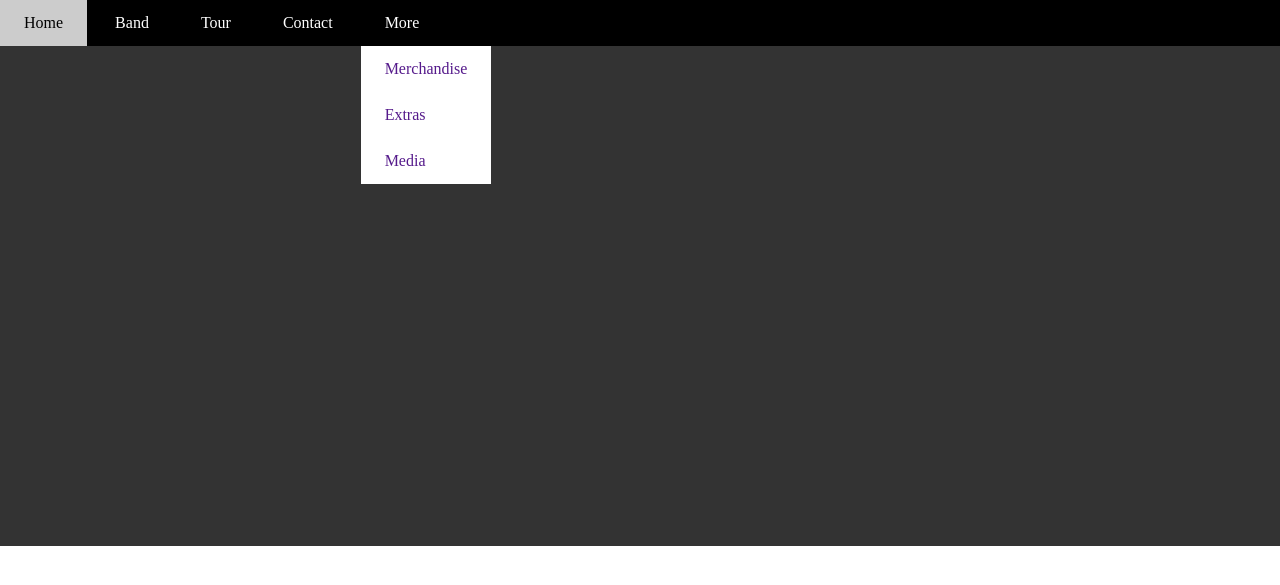
Repository: quochung2k3/Web-Team
Page: index.html
The author's editor kept a copy of each file at every save. The page is drawn from the files as they stood at one save, then again after the next save.
The browser window is 1280 px wide. The pictures show the whole page.

Above is the page before, as saved 2023-08-03 21:54:57.

### index.html
<!DOCTYPE html>
<html lang="en">
<head>
    <meta charset="UTF-8">
    <meta name="viewport" content="width=device-width, initial-scale=1.0">
    <title>Web The Band</title>
    <link rel="stylesheet" href="./assets/css/style.css">
</head>
<body>
    <div id="wrapper">
        <div id="header">
            <ul id="nav">
                <li><a href="">Home</a></li>
                <li><a href="">Band</a></li>
                <li><a href="">Tour</a></li>
                <li><a href="">Contact</a></li>
                <li>
                    <a href="">More</a>
                    <ul class="subnav">
                        <li><a href="">Merchandise</a></li>
                        <li><a href="">Extras</a></li>
                        <li><a href="">Media</a></li>
                    </ul>
                </li>
            </ul>
        </div>

        <div id="slider">

        </div>

        <div id="content">

        </div>

        <div id="footer">

        </div>
    </div>
</body>
</html>

### assets/css/style.css
* {
    margin: 0;
    padding: 0;
    box-sizing: border-box;
}

.html {
    font-family: Arial, Helvetica, sans-serif;
}

#wrapper {

}

#header {
    background-color: #000;
    height: 46px;
}

#nav {

}

#nav li {
    display: inline-block;
    position: relative;
}

#nav > li > a {
    color: #fff;
}

#nav li a {
    text-decoration: none;
    line-height: 46px;
    padding: 0 24px;
    display: inline-block;
}

#nav li:hover a {
    background-color: #ccc;
    color: #000;
}

#nav .subnav {
    position: absolute;
    background-color: #fff;
}

#nav .subnav {
    color: #000;
}

#slider {
    min-height: 500px;
    background-color: #333;
}

#content {

}

#footer {

}

After the next save:
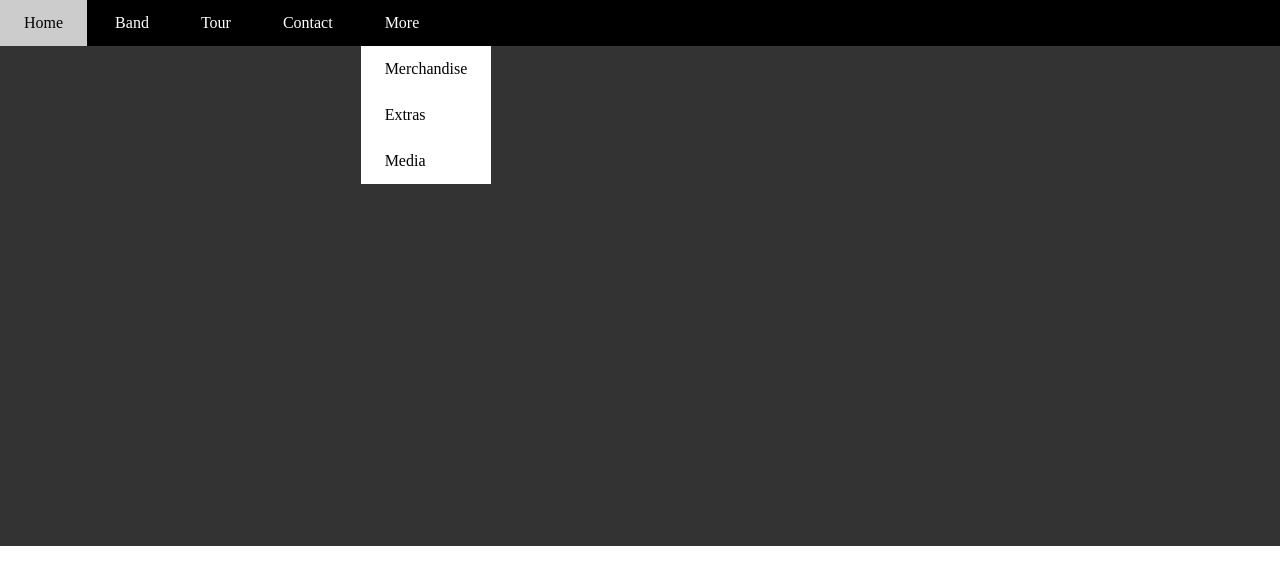
Saved 41 s later.
--- a/assets/css/style.css
+++ b/assets/css/style.css
@@ -47,7 +47,7 @@
     background-color: #fff;
 }
 
-#nav .subnav {
+#nav .subnav a {
     color: #000;
 }
 
